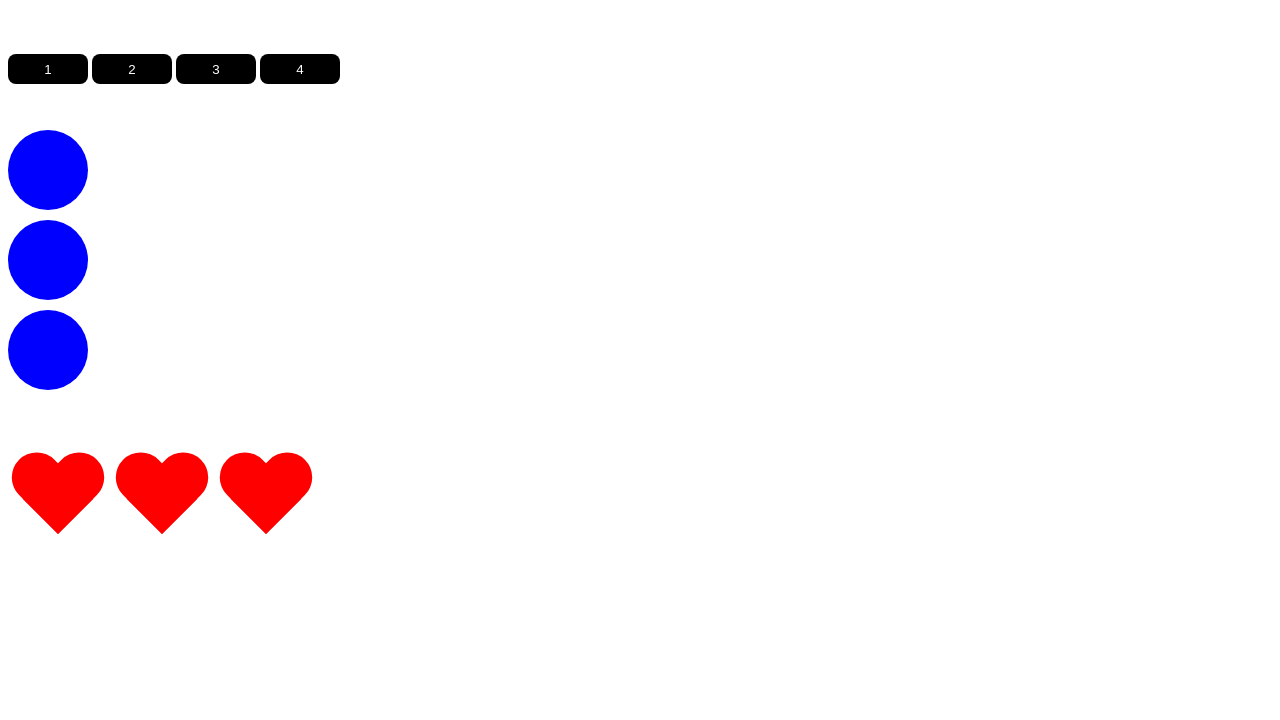
Repository: ivan151/jsudemy
Page: index.html
The author's editor kept a copy of each file at every save. The page is drawn from the files as they stood at one save, then again after the next save.
The browser window is 1280 px wide. The pictures show the whole page.

Above is the page before, as saved 2020-05-02 09:52:47.
Console error: TypeError: Cannot read properties of null (reading 'style')

After the next save:
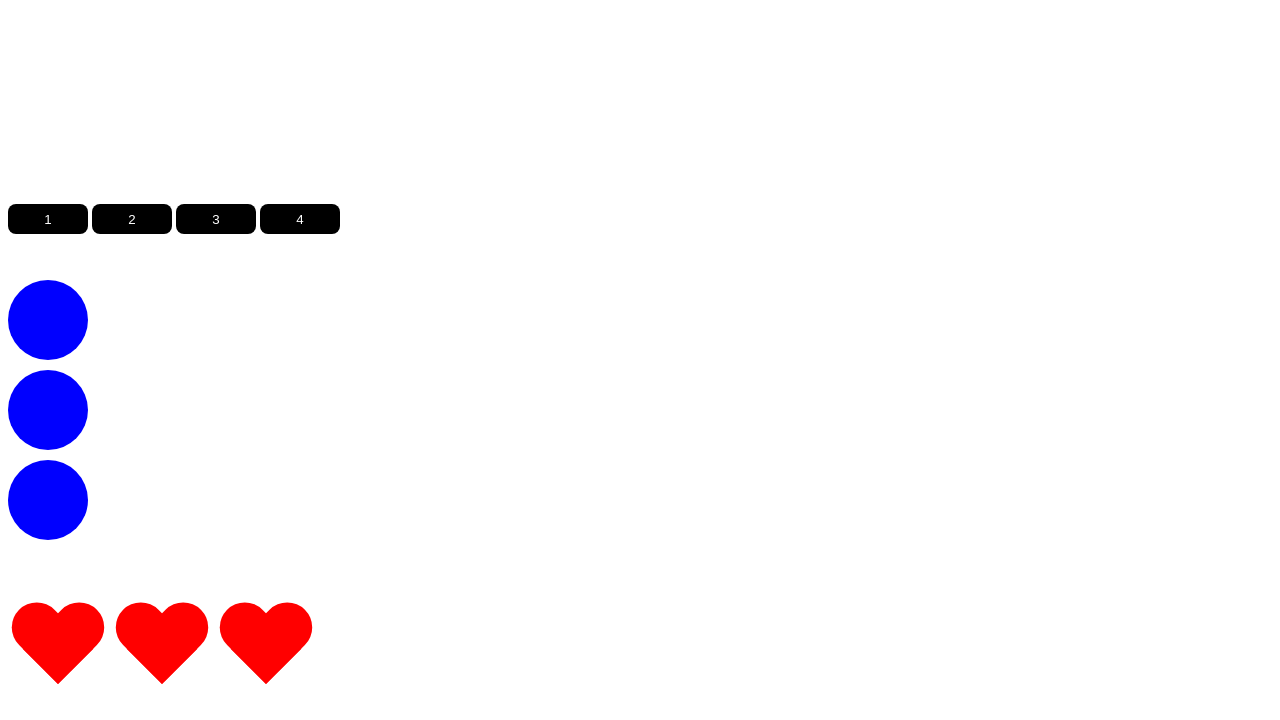
Saved 17 s later.
--- a/original.css
+++ b/original.css
@@ -1,8 +1,8 @@
-/*.box {
+.box {
   width: 150px;
   height: 150px;
-  background-color: red;
-}*/
+  /* background-color: red; */
+}
 button {
 	width: 80px;
 	height: 30px;
